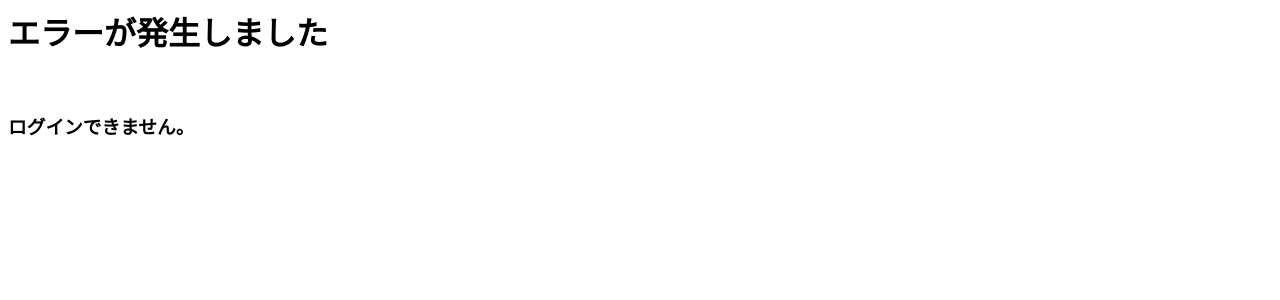
Repository: okinaga/internous
Page: http://localhost/WebProj5/loginError.jsp
The author's editor kept a copy of each file at every save. The page is drawn from the files as they stood at one save, then again after the next save.
The browser window is 1280 px wide. The pictures show the whole page.
The page is served by Tomcat 9. Other server files are loaded and not shown.

Above is the page before, as saved 2018-10-10 10:48:58.

### WebProj5/WebContent/loginError.jsp
<%@ page language="java" contentType="text/html; charset=UTF-8"
    pageEncoding="UTF-8"%>
<%@ taglib prefix="s" uri="/struts-tags" %>
<!DOCTYPE>
<html>
<head>
<meta charset="UTF-8">
<link rel="stylesheet" type="text/css" href="./css/style.css">
<title>LoginError</title>
</head>
<body>
<h1>エラーが発生しました</h1>
<br>
<h3>ログインできません。</h3>

<s:if test='(#session.loginDTOList.get(0).username)=="該当なし"'>
	該当者はいませんでした。
</s:if>
</body>
</html>

### WebProj5/WebContent/css/style.css
table {
	width: auto;
	border-spacing: 0;
	font-size:14px;
}

table th {
color: #fff;
	padding: 8px 15px;
	background: #258;
	background:-moz-linear-gradient(rgba(34,85,136,0.7), rgba(34,85,136,0.9) 50%);
	background:-webkit-gradient(linear, 100% 0%, 100% 50%, from(rgba(34,85,136,0.7)), to(rgba(34,85,136,0.9)));
	font-weight: bold;
	border-left:1px solid #258;
	border-top:1px solid #258;
	border-bottom:1px solid #258;
	line-height: 120%;
	text-align: center;
	text-shadow:0 -1px 0 rgba(34,85,136,0.9);
	box-shadow: 0px 1px 1px rgba(255,255,255,0.3) inset;
}

table th:first-child {
	border-radius: 5px 0 0 0;
}

table th:last-child {
	border-radius:0 5px 0 0;
	border-right:1px solid #258;
	box-shadow: 2px 2px 1px rgba(0,0,0,0.1),0px 1px 1px rgba(255,255,255,0.3) inset;
}

table tr td {
	padding: 8px 15px;
	border-bottom: 1px solid #84b2e0;
	border-left: 1px solid #84b2e0;
	text-align: center;
}

table tr td:last-child {
	border-right: 1px solid #84b2e0;
	box-shadow: 2px 2px 1px rgba(0,0,0,0.1);
}

table tr {
	background: #fff;
}

table tr:nth-child(2n+1) {
	background: #f1f6fc;
}

table tr:last-child td {
	box-shadow: 2px 2px 1px rgba(0,0,0,0.1);
}
table tr:last-child td:first-child {
	border-radius: 0 0 0 5px;
}

table tr:last-child td:last-child {
	border-radius: 0 0 5px 0;
}

table tr:hover {
	background: #bbd4ee;
	cursor:pointer;
}

After the next save:
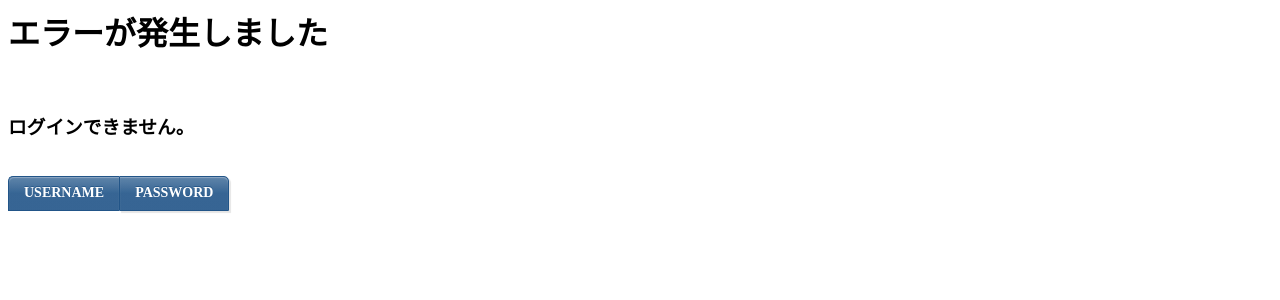
Saved 2 min 14 s later.
--- a/WebProj5/WebContent/loginError.jsp
+++ b/WebProj5/WebContent/loginError.jsp
@@ -16,5 +16,21 @@
 <s:if test='(#session.loginDTOList.get(0).username)=="該当なし"'>
 	該当者はいませんでした。
 </s:if>
+
+<br>
+<table>
+<tbody>
+<tr>
+	<th>USERNAME</th>
+	<th>PASSWORD</th>
+</tr>
+<tr>
+<s:iterator value="#session.loginDTOList">
+	<td><s:property value="username"/></td>
+	<td><s:property value="password"/></td>
+</s:iterator>
+</tr>
+</tbody>
+</table>
 </body>
 </html>
